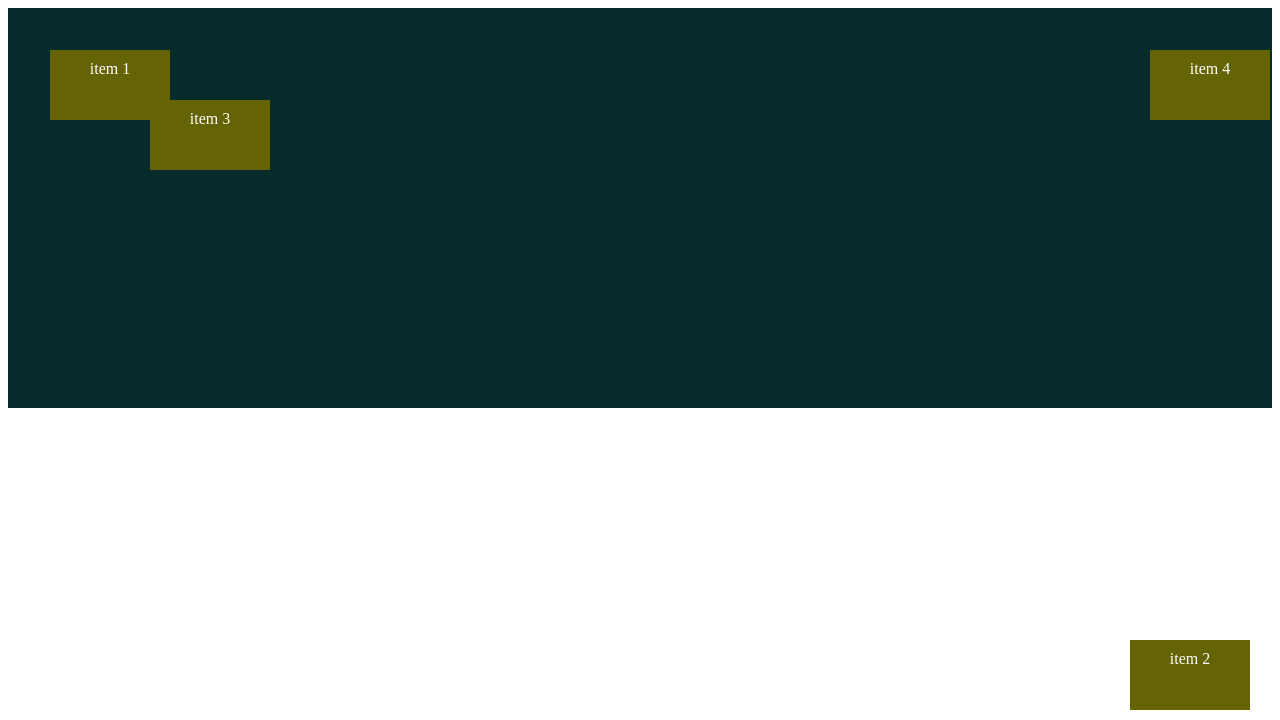
Repository: nmaury/TpsCambodge
Page: InternetProgramming/Css/sample.html
These files come from the project's save history. The page is drawn as it stood at one moment and after the next save; the edit follows.
The browser window is 1280 px wide. The pictures show the whole page.

Above is the page before, as saved 2022-12-06 02:18:23.

After the next save:
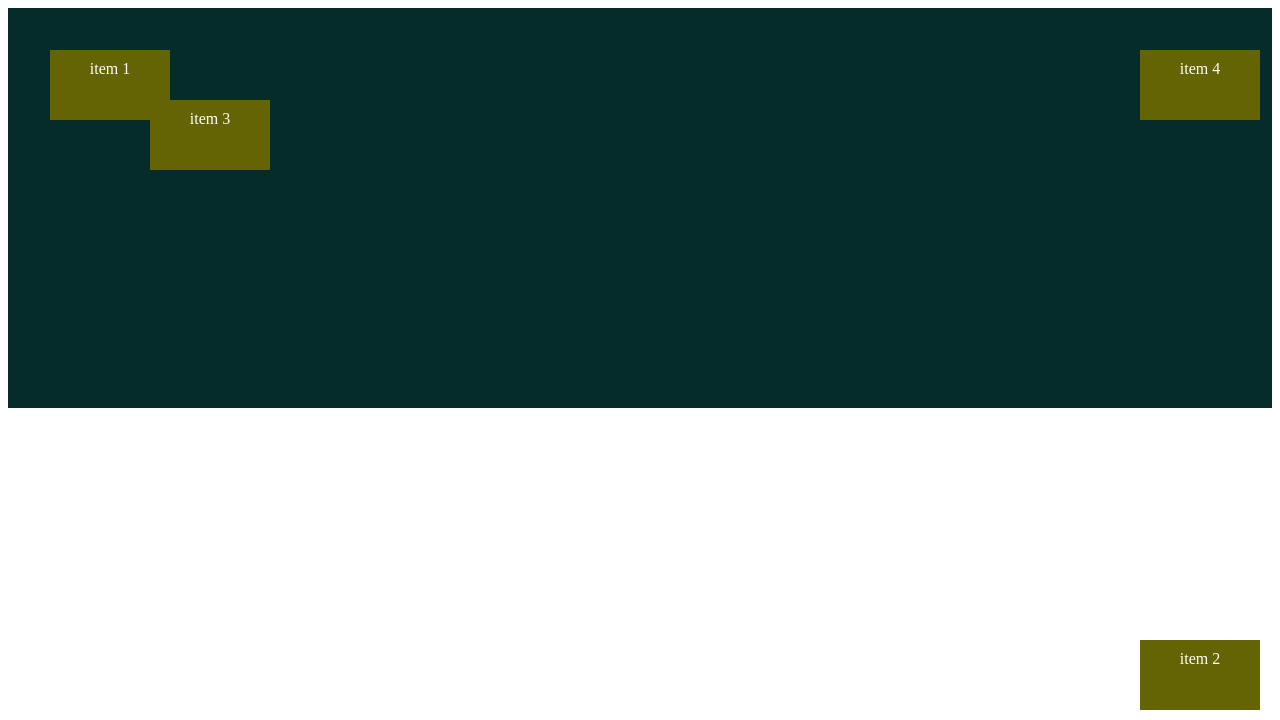
Saved 30 s later.
--- a/InternetProgramming/Css/sample.css
+++ b/InternetProgramming/Css/sample.css
@@ -13,7 +13,7 @@
     z-index: 1;
 }
 .item2{
-    right: 30px;
+    right: 20px;
     bottom: 10px;
     z-index: 1;
 }
@@ -24,7 +24,7 @@
 }
 .item4{
     position: fixed;
-    right: 10px;
+    right: 20px;
     top: 50px;
     z-index: 1;
 }
